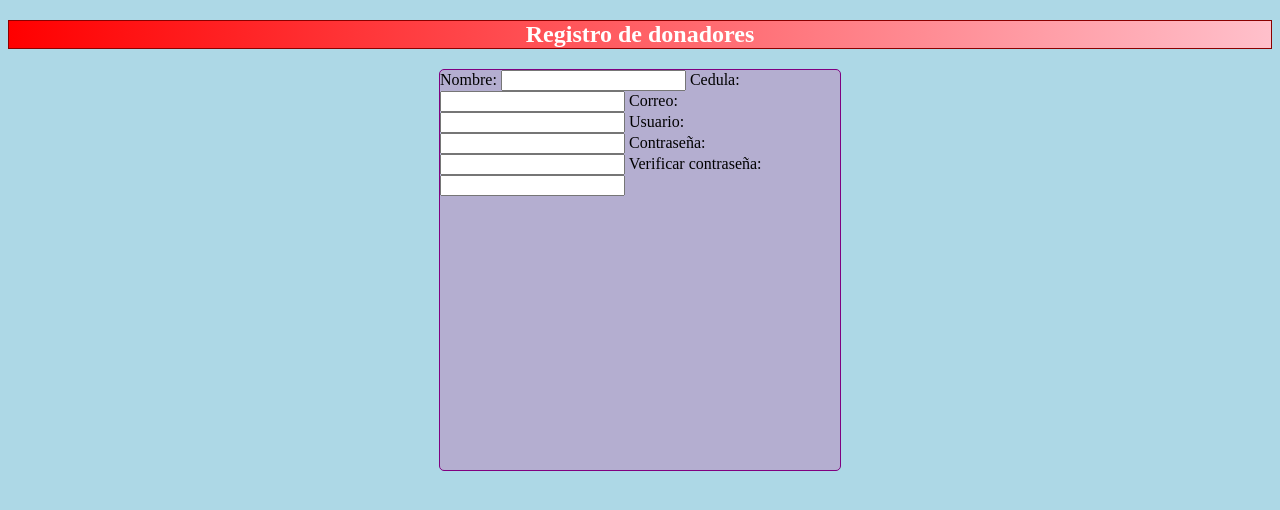
Repository: sonicspeed1/examen1_codigo_bryansantillan
Page: http://localhost/examen_1_bryan_santillan/registro_donadores.jsp
These files come from the project's save history. The page is drawn as it stood at one moment and after the next save; the edit follows.
The browser window is 1280 px wide. The pictures show the whole page.
The page is served by Tomcat 9. Other server files are loaded and not shown.

Above is the page before, as saved 2024-05-25 17:41:59.

### examen_1_bryan_santillan/src/main/webapp/registro_donadores.jsp
<%@ page language="java" contentType="text/html; charset=UTF-8"
    pageEncoding="UTF-8"%>
<!DOCTYPE html>
<html>
<head>
<meta charset="UTF-8">
<title>Registro donadores</title>
<link href="estilo.css" rel="stylesheet"/>
</head>
<body class="cuerpo">
<h2 class="cuadro3">Registro de donadores</h2>
<div class="container">
    <div class="cuadro2">
<label>Nombre: <input type="text" name="nombre"></label>
<label>Cedula: <input type="text" name="ci"></label>
<label>Correo: <input type="text" name="correo"></label>
<label>Usuario: <input type="text" name="us"></label>
<label>Contraseña: <input type="password" name="cont1"></label>
<label>Verificar contraseña: <input type="password" name="cont2"></label>
</div>
</div>
</body>
</html>

### examen_1_bryan_santillan/src/main/webapp/estilo.css
@charset "UTF-8";
.cuerpo{
	background-color: lightblue;
}
.cuadro{
	background-color:lightgreen;
	border: 1px solid green;
	display: block;

}
.cuadro2 {
    background-color: #b4aed0;
    border-radius: 5px;
    border: 1px solid purple;
    height: 400px;
    width: 400px;
}
.cuadro3{
	    background: linear-gradient(to right,red,pink);
	    text-align:center;
	    color: white;
	     border: 1px solid darkred;
}
.titulo{
	color: white;
	transition: color 0.3s, text-shadow 0.3s;
	font-family: 'Comic Sans MS', cursive, sans-serif;
	 text-align: center;
}

.titulo:hover {
    color: blue;
    text-shadow: 2px 2px 5px rgba(0, 0, 0, 0.5);
}
.menu{
	list-style-type: none;
    padding: 0;
    background-color: #80ff80;
    border: 1px solid green;
    margin: 0 auto;
    }
.item {
    display: inline-block;
    position: relative;
}
.container {
    display: flex;
    justify-content: center;
    align-items: center;
    margin-top: 20px;
}
.titulo2{
	color: white;
	transition: color 0.3s, text-shadow 0.3s;
	font-family: 'Comic Sans MS', cursive, sans-serif;
	 text-align: center;
}

.titulo2:hover {
    color: red;
    text-shadow: 2px 2px 5px rgba(0, 0, 0, 0.5);
}
.item_login{
	   display: flex;
    justify-content: center;
    align-items: center;
    margin-bottom: 20px;
}
.button{
	background-color: purple;
	border-radius: 5px;
	color: white;
	padding: 10px 20px;
	margin: 15px;
	font-family: 'Comic Sans MS', cursive, sans-serif;
}
.hiper{
	margin-right: 25px;
}

After the next save:
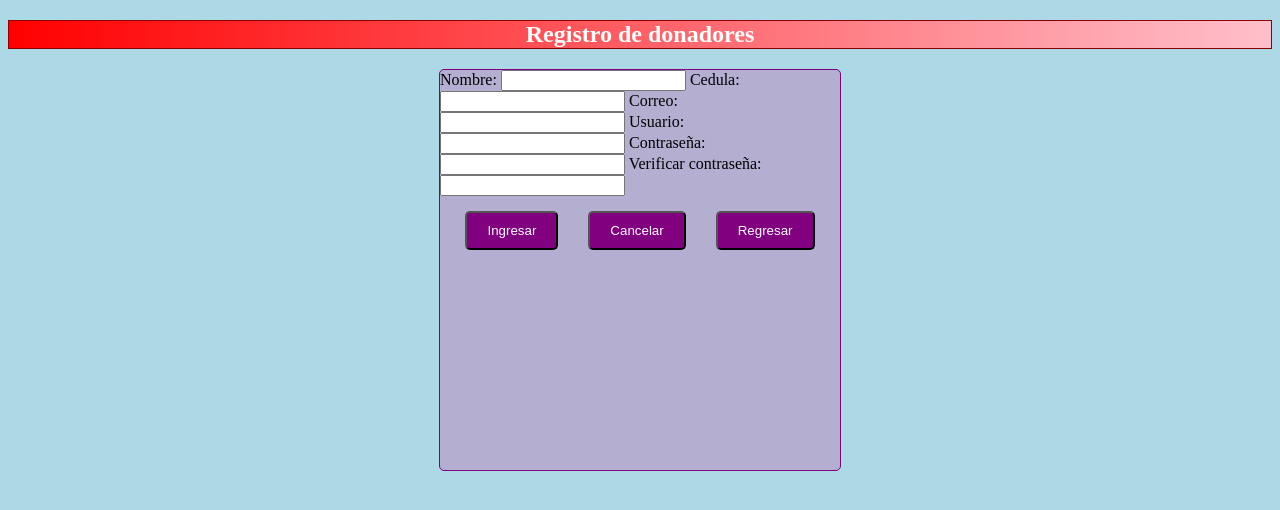
Saved 41 s later.
--- a/examen_1_bryan_santillan/src/main/webapp/registro_donadores.jsp
+++ b/examen_1_bryan_santillan/src/main/webapp/registro_donadores.jsp
@@ -17,6 +17,11 @@
 <label>Usuario: <input type="text" name="us"></label>
 <label>Contraseña: <input type="password" name="cont1"></label>
 <label>Verificar contraseña: <input type="password" name="cont2"></label>
+ <div class="item_login">
+  <input value="Ingresar" name="ingresar" type="submit" class="button">
+ <input value="Cancelar" name="cancelar" type="reset" class="button">
+ <input value="Regresar" name="regresar" type="submit" class="button">
+ </div>
 </div>
 </div>
 </body>
